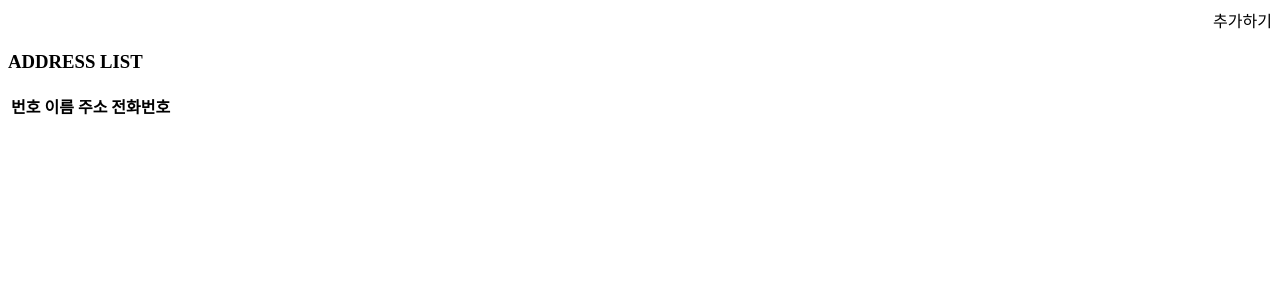
Repository: yubeens/JSP
Page: http://localhost/JSP_Project/address/list.jsp
The author's editor kept a copy of each file at every save. The page is drawn from the files as they stood at one save, then again after the next save.
The browser window is 1280 px wide. The pictures show the whole page.
The page is served by Tomcat 9. Queries for data that is not in the repository find no rows.

Above is the page before, as saved 2025-02-28 03:23:33.

After the next save:
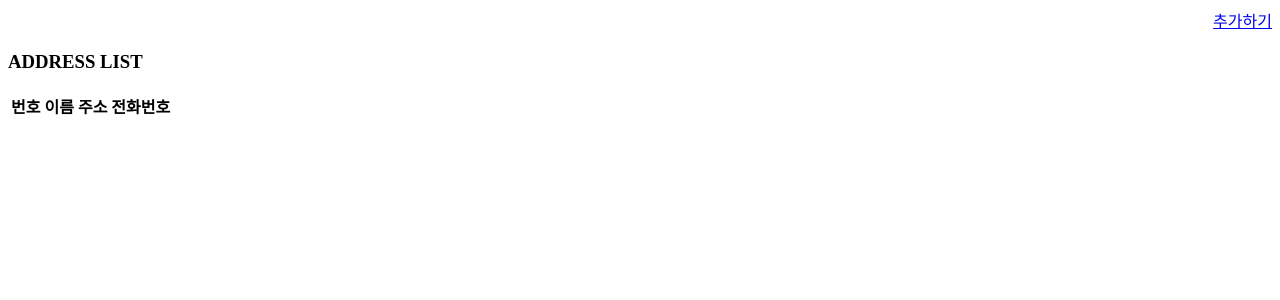
Saved 15 s later.
--- a/JSP_Project/src/main/webapp/address/list.jsp
+++ b/JSP_Project/src/main/webapp/address/list.jsp
@@ -15,7 +15,7 @@ ArrayList<Address>alist= dao.list();
 %>
 <body>
 <div align="right">
-<a gref="insert.jsp">추가하기</a>
+<a href="insert.jsp">추가하기</a>
 </div>
 <h3>ADDRESS LIST</h3>
 <table>
